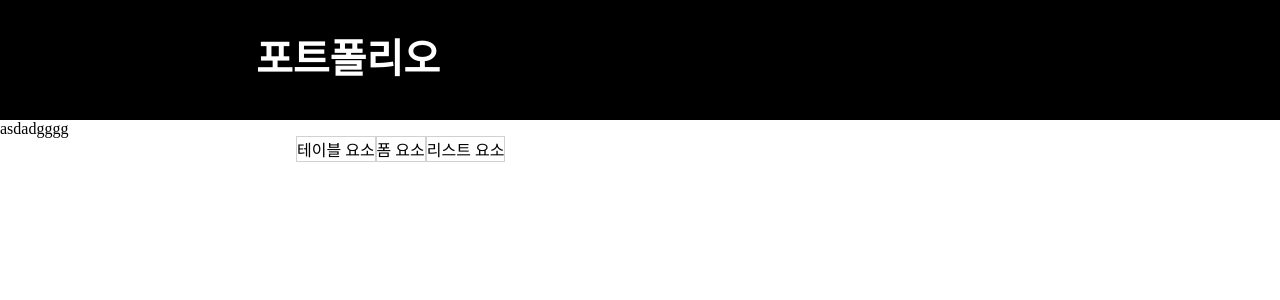
Repository: ItChoi/CSS-Study
Page: Css/WebContent/html/boostcourse/project-A1/portfolio.html
These files come from the project's save history. The page is drawn as it stood at one moment and after the next save; the edit follows.
The browser window is 1280 px wide. The pictures show the whole page.

Above is the page before, as saved 2019-06-18 09:22:08.

After the next save:
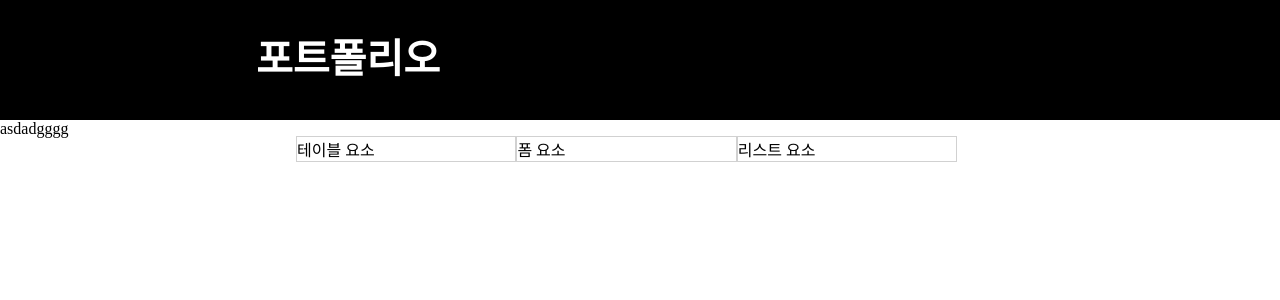
Saved 7 s later.
--- a/Css/WebContent/css/boostcourse/project-A1/portfolio.css
+++ b/Css/WebContent/css/boostcourse/project-A1/portfolio.css
@@ -39,7 +39,7 @@ ul {
 .button_elements {
 	float: left;
 	border:  1px solid #d1d1d1;
-	widows: 30%;
+	width: 30%;
 }
 
 .button_elements:HOVER {
